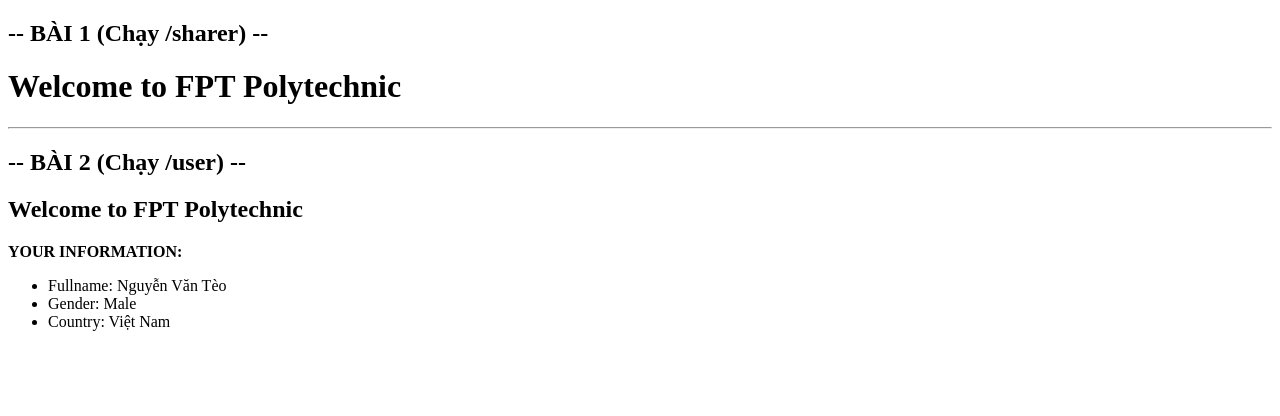
Repository: anhb287/Lab1_8_JAV101
Page: http://localhost/Lab2_TV00062_JAV101/user
These files come from the project's save history. The page is drawn as it stood at one moment and after a run of saves; the edit follows.
The browser window is 1280 px wide. The pictures show the whole page.
The page is served by Tomcat 10. Other server files are loaded and not shown.

Above is the page before, as saved 2025-11-09 17:43:52.

### Lab2_TV00062_JAV101/src/main/webapp/page.jsp
<%@ page language="java" contentType="text/html; charset=UTF-8" pageEncoding="UTF-8"%>
<!DOCTYPE html>
<html>
<head>
<meta charset="UTF-8">
<title>LAB 2 - Bài 1 & 2</title>
</head>
<body>
    <h2>-- BÀI 1 (Chạy /sharer) --</h2>
    <h1>${message}</h1>
    <h2>${now.date}</h2>

    <hr>

    <h2>-- BÀI 2 (Chạy /user) --</h2>
    <h2>${message}</h2>

    <jsp:include page="/user-info.jsp"/>
</body>
</html>

### Lab2_TV00062_JAV101/src/main/webapp/user-info.jsp
<%@ page language="java" contentType="text/html; charset=UTF-8"
    pageEncoding="UTF-8"%>
<!DOCTYPE html>
<html>
<head>
<meta charset="UTF-8">
<title>User Full</title>
</head>
<body>
<b>YOUR INFORMATION:</b>
<ul>
    <li>Fullname: ${user.fullname}</li>
    <li>Gender: ${user.gender}</li>
    <li>Country: ${user.country}</li>
</ul>
</body>
</html>

### Lab2_TV00062_JAV101/src/main/java/Controller/UserServlet.java
package Controller;
import java.io.IOException;
import java.util.HashMap;
import java.util.Map;

import jakarta.servlet.ServletException;
import jakarta.servlet.annotation.WebServlet;
import jakarta.servlet.http.HttpServlet;
import jakarta.servlet.http.HttpServletRequest;
import jakarta.servlet.http.HttpServletResponse;


@WebServlet("/user")
public class UserServlet extends HttpServlet {
	protected void doGet(HttpServletRequest req, HttpServletResponse resp)
            throws ServletException, IOException {
        req.setAttribute("message", "Welcome to FPT Polytechnic");
        // Tạo Map chứa thông tin người dùng
        Map<String, Object> map = new HashMap<>();
        map.put("fullname", "Nguyễn Văn Tèo");
        map.put("gender", "Male");
        map.put("country", "Việt Nam");
        req.setAttribute("user", map);

        req.getRequestDispatcher("/page.jsp").forward(req, resp);
    }
}

After the next 3 saves:
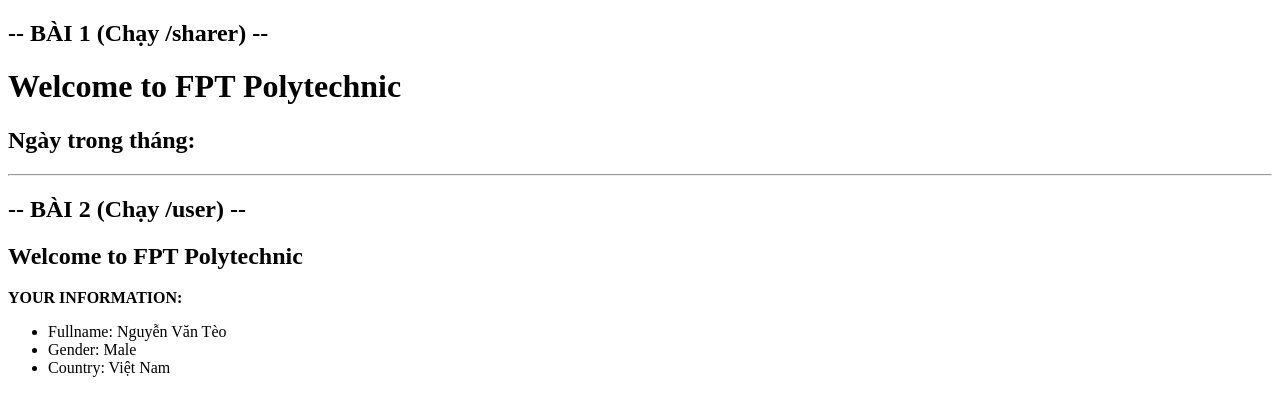
The 3 saves are shown as one change because 2 did not build or start.
The last was saved 11 min 33 s later.
--- a/Lab2_TV00062_JAV101/src/main/webapp/page.jsp
+++ b/Lab2_TV00062_JAV101/src/main/webapp/page.jsp
@@ -6,9 +6,10 @@
 <title>LAB 2 - Bài 1 & 2</title>
 </head>
 <body>
+
     <h2>-- BÀI 1 (Chạy /sharer) --</h2>
     <h1>${message}</h1>
-    <h2>${now.date}</h2>
+    <h2>Ngày trong tháng: ${now.date}</h2>
 
     <hr>
 
--- a/Lab2_TV00062_JAV101/src/main/webapp/user-info.jsp
+++ b/Lab2_TV00062_JAV101/src/main/webapp/user-info.jsp
@@ -13,5 +13,6 @@
     <li>Gender: ${user.gender}</li>
     <li>Country: ${user.country}</li>
 </ul>
+
 </body>
 </html>
